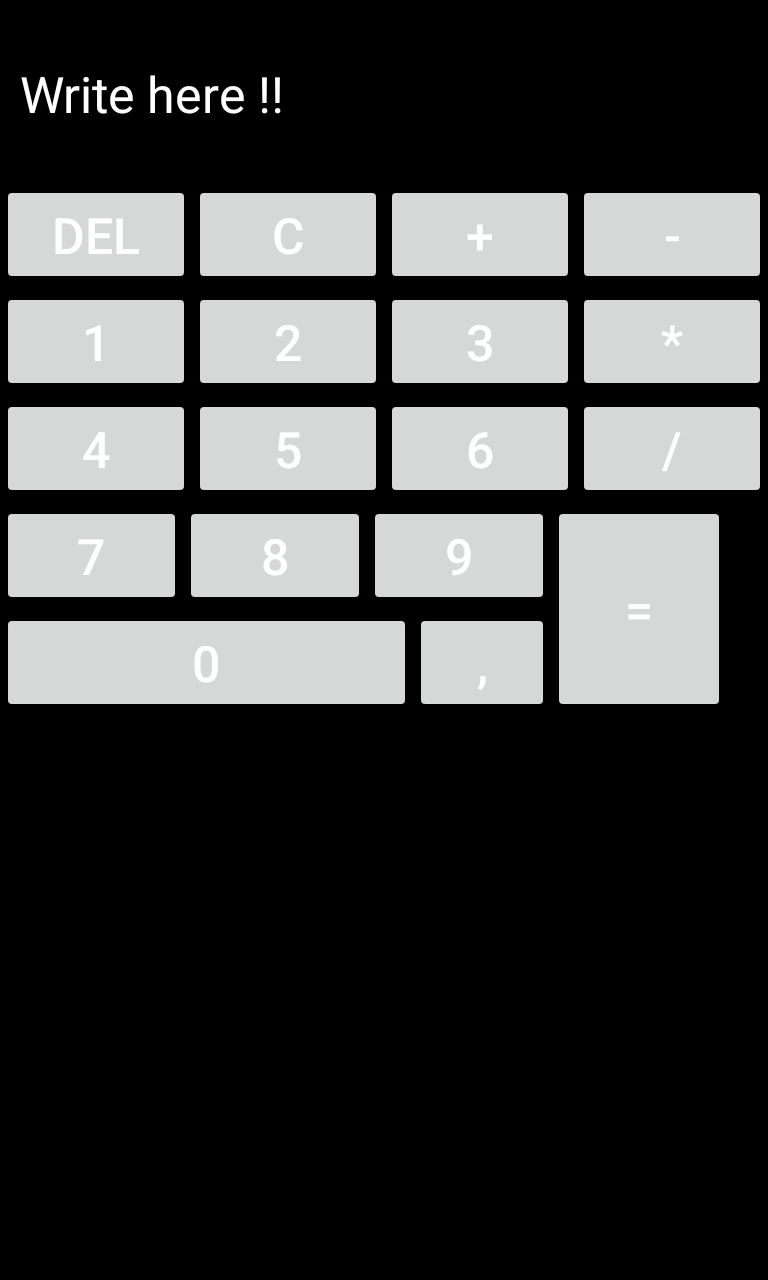
Repository: salihklc/Basic-Android
Layout: complexCalculator/res/layout/activity_main.xml
An editor plug-in stored every save of this project. The layout is shown before and after the next save, followed by the edit.
It is drawn on a 768 x 1280 px phone screen (xhdpi) without system bars, with theme AppTheme; the app's code is not run.

Above is the layout before, as saved 2014-10-10 14:05:31.

### complexCalculator/res/layout/activity_main.xml
<LinearLayout xmlns:android="http://schemas.android.com/apk/res/android"
    xmlns:android1="http://schemas.android.com/apk/res/android"
    android:layout_width="match_parent"
    android:layout_height="match_parent"
    android:background="#000"
    android:orientation="vertical" >

<EditText
    android:layout_marginTop="20dp"
    android:layout_marginBottom="20dp"
    android:id="@+id/display"
    android:layout_width="match_parent"
    android:layout_height="wrap_content"
    android:hint=" Write here !!"
    android:textSize="25sp"
    android:textColor="#fff"
    android:textColorHint="#fff"
    />

	<LinearLayout
	    android:layout_width="match_parent"
	    android:layout_height="wrap_content"
	    android:weightSum="100"
	    android1:orientation="horizontal" >

	    <Button
	        android:layout_weight="25"
	        android:id="@+id/DEL"
	        android:layout_height="fill_parent"
	        android:text="@string/DEL"
	        android:textColor="#fff"
	        android:textSize="25sp"
	        />
	    <Button
	        android:layout_weight="25"
	        android:id="@+id/C"
	        android:layout_height="fill_parent"
	        android:text="@string/C"
	        android:textColor="#fff"
	        android:textSize="25sp"
	        />
	    <Button
	        android:layout_weight="25"
	        android:id="@+id/add"
	        android:layout_height="fill_parent"
	        android:text="@string/add"
	        android:textColor="#fff"
	        android:textSize="25sp"
	        />
	    <Button
	        android:layout_weight="25"
	        android:id="@+id/minus"
	        android:layout_height="fill_parent"
	        android:text="@string/minus"
	        android:textColor="#fff"
	        android:textSize="25sp"
	        />

	</LinearLayout>

	<LinearLayout
	    android:layout_width="match_parent"
	    android:layout_height="wrap_content"
	    android:weightSum="100"
	    android1:orientation="horizontal" >

	    <Button
	        android:layout_weight="25"
	        android:id="@+id/one"
	        android:layout_height="fill_parent"
	        android:text="@string/one"
	        android:textColor="#fff"
	        android:textSize="25sp"
	        />
	    <Button
	        android:layout_weight="25"
	        android:id="@+id/two"
	        android:layout_height="fill_parent"
	        android:text="@string/two"
	        android:textColor="#fff"
	        android:textSize="25sp"
	        />
	    <Button
	        android:layout_weight="25"
	        android:id="@+id/three"
	        android:layout_height="fill_parent"
	        android:text="@string/three"
	        android:textColor="#fff"
	        android:textSize="25sp"
	        />
	    <Button
	        android:layout_weight="25"
	        android:id="@+id/mult"
	        android:layout_height="fill_parent"
	        android:text="@string/mult"
	        android:textColor="#fff"
	        android:textSize="25sp"
	        />

	</LinearLayout>

	<LinearLayout
	    android:layout_width="match_parent"
	    android:layout_height="wrap_content"
	    android:weightSum="100"
	    android1:baselineAligned="false"
	    android1:orientation="horizontal" >

	    <Button
	        android:layout_weight="25"
	        android:id="@+id/four"
	        android:layout_height="fill_parent"
	        android:text="@string/four"
	        android:textColor="#fff"
	        android:textSize="25sp"
	        />
	    <Button
	        android:layout_weight="25"
	        android:id="@+id/five"
	        android:layout_height="fill_parent"
	        android:text="@string/five"
	        android:textColor="#fff"
	        android:textSize="25sp"
	        />
	    <Button
	        android:layout_weight="25"
	        android:id="@+id/six"
	        android:layout_height="fill_parent"
	        android:text="@string/six"
	        android:textColor="#fff"
	        android:textSize="25sp"
	        />
	    <Button
	        android:layout_weight="25"
	        android:id="@+id/div"
	        android:layout_height="fill_parent"
	        android:text="@string/div"
	        android:textColor="#fff"
	        android:textSize="25sp"
	        />

	</LinearLayout>

	<LinearLayout
	    android:layout_width="match_parent"
	    android:layout_height="wrap_content"
	    android:baselineAligned="false"
	    android:orientation="horizontal"
	    android:weightSum="100" >

		<LinearLayout
		    android:layout_height="fill_parent"
		    android:layout_weight="93.21"
		    android:orientation="vertical" >

		<LinearLayout
		    android:layout_width="match_parent"
		    android:layout_height="wrap_content"
		    android:orientation="horizontal"
		    android:weightSum="99" >

		    <Button
		        android:layout_weight="33"
		        android:id="@+id/seven"
		        android:layout_height="fill_parent"
		        android:text="@string/seven"
		        android:textColor="#fff"
		        android:textSize="25sp"
		        />
		    <Button
		        android:layout_weight="33"
		        android:id="@+id/eight"
		        android:layout_height="fill_parent"
		        android:text="@string/eight"
		        android:textColor="#fff"
		        android:textSize="25sp"
		        />
		    <Button
		        android:layout_weight="33"
		        android:id="@+id/nine"
		        android:layout_height="fill_parent"
		        android:text="@string/nine"
		        android:textColor="#fff"
		        android:textSize="25sp"
		        />


		</LinearLayout>

		<LinearLayout
		    android:layout_width="match_parent"
		    android:layout_height="wrap_content"
		    android:orientation="horizontal"
		    android:weightSum="100" >

			<Button
			    android1:id="@+id/zero"
			    android1:layout_height="fill_parent"
			    android1:layout_weight="75"
			    android1:text="@string/zero"
			    android1:textColor="#fff"
			    android1:textSize="25sp" />

			<Button
			    android1:id="@+id/dot"
			    android1:layout_width="0dp"
			    android1:layout_height="fill_parent"
			    android1:layout_weight="25"
			    android1:text="@string/dot"
			    android1:textColor="#fff"
			    android1:textSize="25sp" />

		</LinearLayout>

	</LinearLayout>

		<LinearLayout
		    android1:layout_width="wrap_content"
		    android1:layout_height="match_parent"
		    android:layout_gravity="right"
		    android:layout_weight="25"
		    android1:orientation="horizontal" >

		    <Button
		        android1:id="@+id/equ"
		        android1:layout_width="wrap_content"
		        android1:layout_height="fill_parent"
		        android1:text="@string/equ"
		        android1:textColor="#fff"
		        android1:textSize="25sp" />
		</LinearLayout>

	</LinearLayout>

</LinearLayout>

### complexCalculator/res/values/strings.xml
<?xml version="1.0" encoding="utf-8"?>
<resources>

    <string name="app_name">complexCalculator</string>
    <string name="hello_world">Hello world!</string>
    <string name="action_settings">Settings</string>
    <string name="one">1</string>
	<string name="two">2</string>
	<string name="three">3</string>
	<string name="add">+</string>
	<string name="four">4</string>
	<string name="five">5</string>
	<string name="six">6</string>
	<string name="minus">-</string>
	<string name="seven">7</string>
	<string name="eight">8</string>
	<string name="nine">9</string>
	<string name="mult">*</string>
	<string name="zero">0</string>
	<string name="equ">=</string>
	<string name="div">/</string>
	<string name="dot">,</string>
	<string name="DEL">DEL</string>
	<string name="C">C</string>
</resources>

Loaded but not shown: complexCalculator/res/values/styles.xml (common file); complexCalculator/res/values-v11/styles.xml (common file); complexCalculator/res/values-v14/styles.xml (common file)

After the next save:
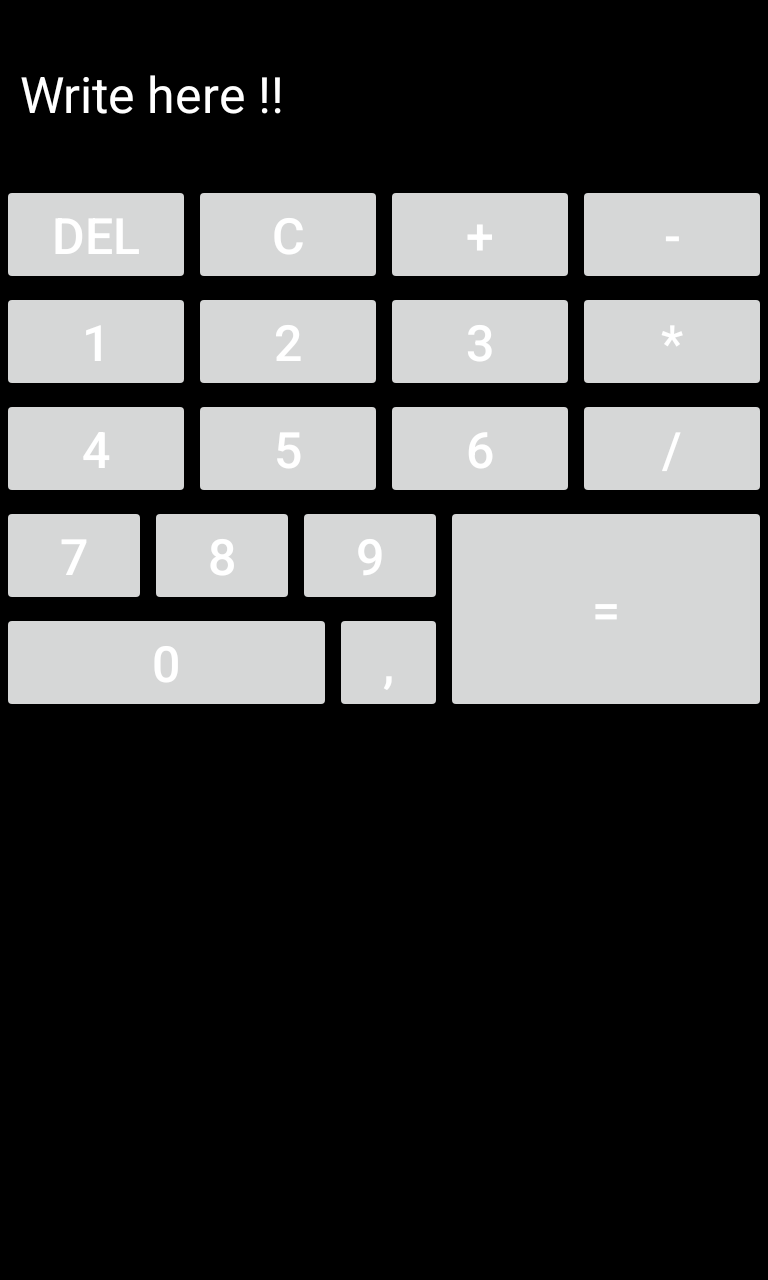
Saved 2 min 22 s later.
--- a/complexCalculator/res/layout/activity_main.xml
+++ b/complexCalculator/res/layout/activity_main.xml
@@ -149,8 +149,8 @@
 	    android:weightSum="100" >
 
 		<LinearLayout
+		    android1:layout_weight="75"
 		    android:layout_height="fill_parent"
-		    android:layout_weight="93.21"
 		    android:orientation="vertical" >
 
 		<LinearLayout
@@ -225,9 +225,11 @@
 		        android1:id="@+id/equ"
 		        android1:layout_width="wrap_content"
 		        android1:layout_height="fill_parent"
+		        android1:layout_weight="5.20"
 		        android1:text="@string/equ"
 		        android1:textColor="#fff"
 		        android1:textSize="25sp" />
+
 		</LinearLayout>
 
 	</LinearLayout>
